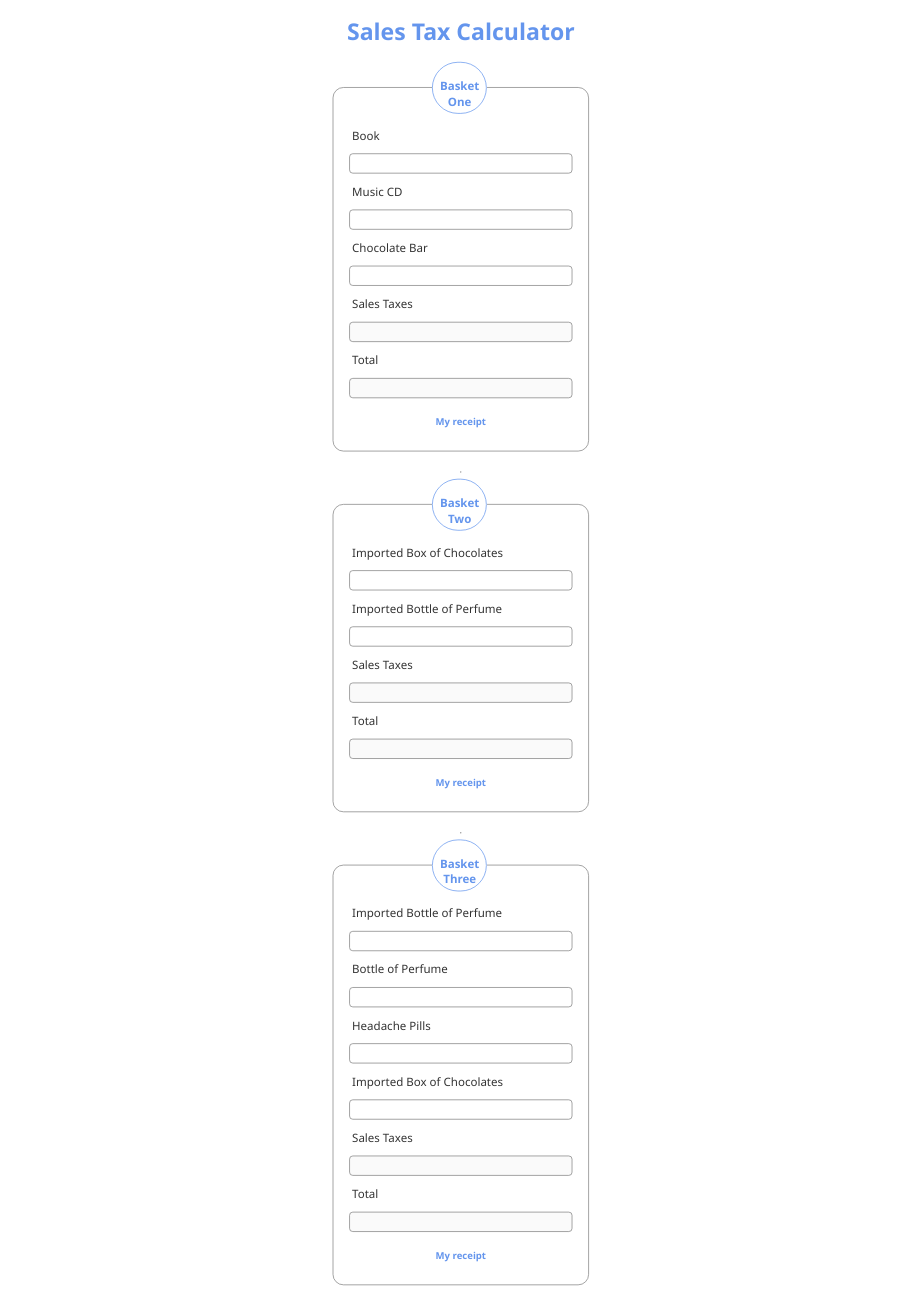
Repository: duzzisantos/sales-tax
Page: index.html
An editor plug-in stored every save of this project. The page is shown before and after the next save, followed by the edit.
The browser window is 1280 px wide. The pictures show the whole page, at 72% of full size.

Above is the page before, as saved 2022-05-25 22:35:53.

### index.html
<!DOCTYPE html>
<html lang="en">

<head>
    <meta charset="UTF-8">
    <meta http-equiv="X-UA-Compatible" content="IE=edge">
    <meta name="viewport" content="width=device-width, initial-scale=1.0">
    <link href="style.css" rel="stylesheet">
    <title>Sales Tax Calculator</title>
</head>

<body>
    <h1>Sales Tax Calculator</h1>
    <section id="container">
        <fieldset>
            <legend>
                <h4>Basket One</h4>
            </legend>
            <form class="formOne">
                <label for="book">Book</label>
                <input id="book" type="number" name="book" onchange="basketOne()" />
                <label for="musicCD">Music CD</label>
                <input id="musicCD" type="number" name="musicCD" onchange="basketOne()" />
                <label for="chocolateBar">Chocolate Bar</label>
                <input id="chocolateBar" type="number" name="chocolateBar" onchange="basketOne()" />
                <label for="sales-taxes">Sales Taxes</label>
                <input id="sales-taxes" type="number" name="sales-taxes" onchange="basketOne()" disabled />
                <label for="total">Total</label>
                <input id="total" type="number" name="total" onchange="basketOne()" disabled />
            </form>
            <h5>My receipt</h5>
            <span id="listOne">

            </>
        </fieldset>
        <hr>

        <fieldset>
            <legend>
                <h4>Basket Two</h4>
            </legend>
            <form class="formTwo">
                <label for="imported-box-chocolate">Imported Box of Chocolates</label>
                <input id="imported-box-chocolate" type="number" name="imported-box-chocolate" onchange="basketTwo()" />
                <label for="imported-perfume">Imported Bottle of Perfume</label>
                <input id="imported-perfume" type="number" name="imported-perfume" onchange="basketTwo()" />

                <label for="sales-taxes2">Sales Taxes</label>
                <input id="sales-taxes2" type="number" name="sales-taxes2" onchange="basketTwo()" disabled />
                <label for="total">Total</label>
                <input disabled id="total2" type="number" name="total2" onchange="basketTwo()" />
            </form>

            <h5>My receipt</h5>
            <span id="listTwo">

            </span>
        </fieldset>
        <hr>

        <fieldset>
            <legend>
                <h4>Basket Three</h4>
            </legend>
            <form class="formThree">
                <label for="imported-perfume2">Imported Bottle of Perfume</label>
                <input id="imported-perfume2" type="number" name="imported-perfume2" onchange="basketThree()" />
                <label for="bottle-perfume">Bottle of Perfume</label>
                <input id="bottle-perfume" type="number" name="bottle-perfume" onchange="basketThree()" />
                <label for="pills">Headache Pills</label>
                <input id="pills" type="number" name="pills" onchange="basketThree()" />
                <label for="imported-box-chocolate2">Imported Box of Chocolates</label>
                <input id="imported-box-chocolate2" type="number" name="imported-box-chocolate2"
                    onchange="basketThree()" />
                <label for=" sales-taxes3">Sales Taxes</label>
                <input id="sales-taxes3" type="number" name="sales-taxes3" onchange="basketThree()" disabled />
                <label for="total3">Total</label>
                <input disabled id="total3" type="number" name="total3" onchange="basketThree()" />
            </form>

            <h5>My receipt</h5>
            <span id="listThree">

            </span>
        </fieldset>
    </section>
</body>
<script src="first.js"></script>
<script src="second.js"></script>
<script src="third.js"></script>
<script src="index.js"></script>

</html>

### style.css
*{
    color: rgb(0,0,0,0.8);
    font-family: 'Segoe UI', Tahoma, Geneva, Verdana, sans-serif;
}

#container{
    display: flex;
    flex-direction: column;
    align-items: center;
    justify-content: center;
    bottom: 0;
}

fieldset{
    height: fit-content;
    width: 20%;
    border: 1px solid grey;
    border-radius: 15px;
    margin-bottom: 20px;
}

legend{
    height: 70px;
    width: 70px;
    border: 1px solid cornflowerblue;
    border-radius: 50px;
    margin-left: 38%;
}

legend h4, h5, h1{
    text-align: center;
    color: cornflowerblue;
}
label, input{
    display: block;
    margin: 10px;
    padding: 4px;
}

input{
    width: 300px;
    border-radius: 5px;
    border: 1px solid grey;
}

### first.js
//Variables for tax rate
let taxFree = 0;
let basicTax = 10;
let importDuty = 5;

//imported basic taxable items attract an extra non-negotiable tax rate of 5%, therefore 10% + 5% = 15%
let basicPlusImportDuty = basicTax + importDuty;

//An app that computes the first basket of goods
const basketOne = () => {
  let book = document.getElementById("book").value;
  let musicCD = document.getElementById("musicCD").value;
  let chocolateBar = document.getElementById("chocolateBar").value;

  // The plus sign is used in front of every variable to indicate to JavaScript that they are numerical values
  // Without this, they would become concatenated strings

  //these are the sums of the items and their taxes
  let bookPlusTax = +taxFree * +book + +book;
  let musicCDPlusTax = (basicTax * +musicCD) / 100 + +musicCD;
  let chocolateBarPlusTax = +taxFree * +chocolateBar + +chocolateBar;

  //this computes the total price paid by the customer
  let netPayment = +bookPlusTax + +musicCDPlusTax + +chocolateBarPlusTax;
  document.getElementById("total").value = netPayment.toFixed(2);

  //this computes the total sales tax generated
  let totalTaxes =
    bookPlusTax -
    book +
    (musicCDPlusTax - musicCD) +
    (chocolateBarPlusTax - chocolateBar);

  //Math.ceil and toFixed method helps us round up to the nearest 0.05
  let roundedTax = (
    Math.ceil(totalTaxes * 20) / 20
  ).toFixed(2);

  //Receipt list
  const listOne = document.getElementById("listOne");
  listOne.innerHTML = `<br>1 book: ${bookPlusTax}<br>1 music CD: ${musicCDPlusTax}<br>1
  chocolate bar: ${chocolateBarPlusTax}<br>Sales Tax: ${roundedTax}<br><b>Total: ${netPayment.toFixed(2)}</b><br>`;
};

### second.js
//Variables for tax rate
let basicTax2 = 10;
let importDuty2 = 5;

//imported basic taxable items attract an extra non-negotiable tax rate of 5%, therefore 10% + 5% = 15%
let basicPlusImportDuty2 = basicTax2 + importDuty2;

//An app that computes the second basket of goods
const basketTwo = () => {
  let importedChocolate = document.getElementById(
    "imported-box-chocolate"
  ).value;
  let importedPerfume2 = document.getElementById("imported-perfume").value;

  // The plus sign is used in front of every variable to indicate to JavaScript that they are numerical values
  // Without this, they would become concatenated strings

  //these are the sums of the imported items and their taxes
  let importedChocolatePlusTax =
    (importDuty2 * +importedChocolate) / 100 + +importedChocolate;
  let importedPerfume2PlusTax =
    (basicPlusImportDuty2 * +importedPerfume2) / 100 + +importedPerfume2;

  //Math.ceil and toFixed method helps us round up to the nearest 0.05
  //this computes the total price paid by the customer
  let netPayment = +importedChocolatePlusTax + +importedPerfume2PlusTax;
  document.getElementById("total2").value = (
    Math.ceil(netPayment * 20) / 20
  ).toFixed(2);

  //this computes the total sales tax generated
  let totalTaxes =
    (importDuty2 * +importedChocolate) / 100 +
    (basicPlusImportDuty2 * +importedPerfume2) / 100;
  document.getElementById("sales-taxes2").value = (
    Math.ceil(totalTaxes * 20) / 20
  ).toFixed(2);
};

### third.js
//Variables for tax rate
let taxFree3 = 0;
let basicTax3 = 10;
let importDuty3 = 5;
let basicPlusImportDuty3 = basicTax3 + importDuty3;


//App that computes the third basket of goods
const basketThree = () => {
    let importedPerfume2 = document.getElementById("imported-perfume2").value;
    let bottlePerfume = document.getElementById("bottle-perfume").value;
    let pills = document.getElementById("pills").value;
    let importedChocolate2 = document.getElementById("imported-box-chocolate2").value;


    //    // The plus sign is used in front of every variable to indicate to JavaScript that they are numerical values
     // Without this, they would become concatenated strings

    //these are the sums of the imported items and their taxes
    let importedPerfume2PlusTax = (basicPlusImportDuty3 * +importedPerfume2) / 100 + +importedPerfume2;
    let bottlePerfumePlusTax =
      (basicTax3 * +bottlePerfume) / 100 + +bottlePerfume;
    let pillsPlusTax = (taxFree3 * +pills) + +pills;
    let importedChocolate2PlusTax =
      (importDuty3 * +importedChocolate2) / 100 + +importedChocolate2;

    //Math.ceil and toFixed method helps us round up to the nearest 0.05
    //This computes the prices plus their taxes
    let netPayment =
      importedPerfume2PlusTax +
      bottlePerfumePlusTax +
      pillsPlusTax +
      importedChocolate2PlusTax;
    document.getElementById("total3").value = (Math.ceil(netPayment * 20) / 20).toFixed(2);

    //this computes the total taxes generated from selling basket three
    let totalTaxes =
      importedPerfume2PlusTax -
      importedPerfume2 +
      (bottlePerfumePlusTax - bottlePerfume) +
      (pillsPlusTax - pills) +
      (importedChocolate2PlusTax - importedChocolate2);

    document.getElementById("sales-taxes3").value = (
        Math.ceil(totalTaxes * 20) / 20
      ).toFixed(2);
  };

### index.js
//This is responsible for the DOM Manipulation
//This helps the user to display a simple receipt

After the next save:
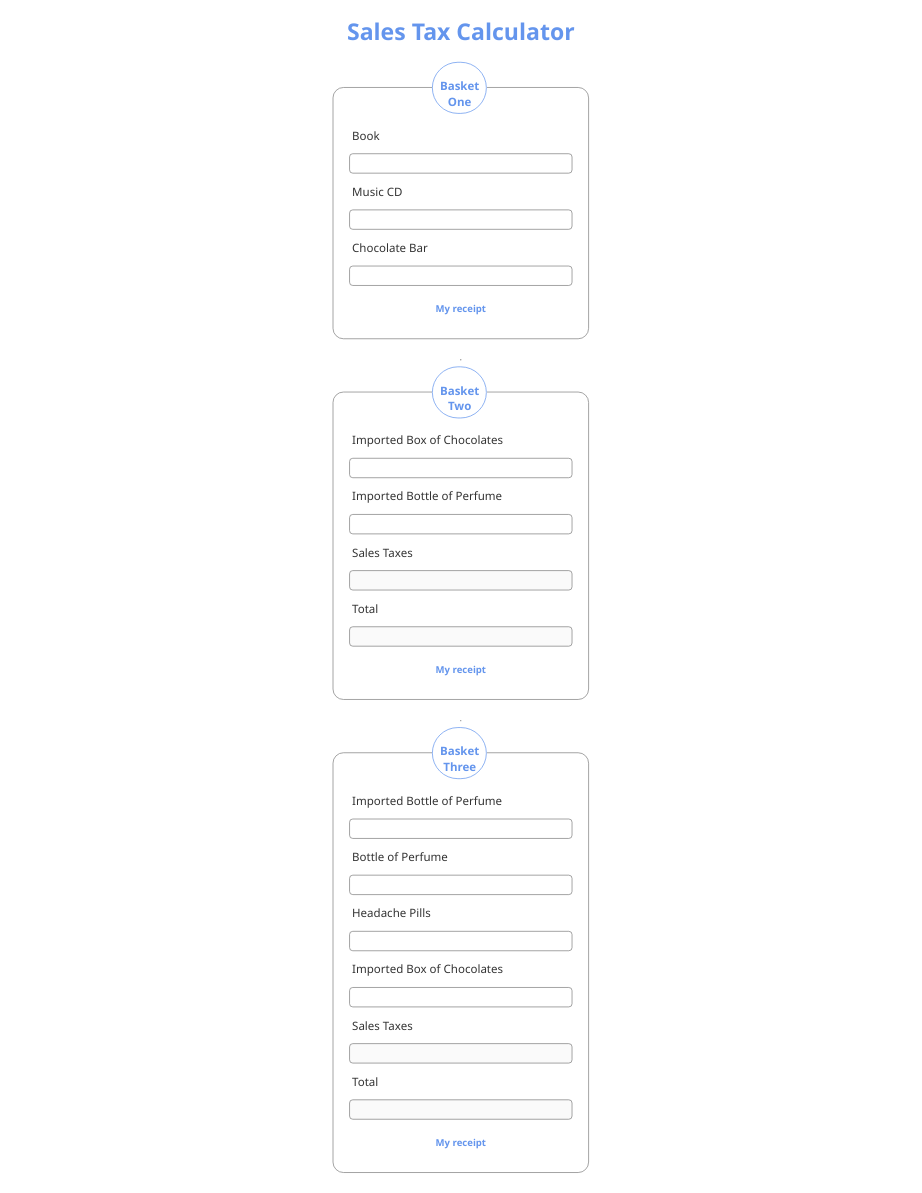
Saved 57 s later.
--- a/index.html
+++ b/index.html
@@ -23,15 +23,11 @@
                 <input id="musicCD" type="number" name="musicCD" onchange="basketOne()" />
                 <label for="chocolateBar">Chocolate Bar</label>
                 <input id="chocolateBar" type="number" name="chocolateBar" onchange="basketOne()" />
-                <label for="sales-taxes">Sales Taxes</label>
-                <input id="sales-taxes" type="number" name="sales-taxes" onchange="basketOne()" disabled />
-                <label for="total">Total</label>
-                <input id="total" type="number" name="total" onchange="basketOne()" disabled />
             </form>
             <h5>My receipt</h5>
             <span id="listOne">
 
-            </>
+                </>
         </fieldset>
         <hr>
 
@@ -39,17 +35,17 @@
             <legend>
                 <h4>Basket Two</h4>
             </legend>
-            <form class="formTwo">
-                <label for="imported-box-chocolate">Imported Box of Chocolates</label>
-                <input id="imported-box-chocolate" type="number" name="imported-box-chocolate" onchange="basketTwo()" />
-                <label for="imported-perfume">Imported Bottle of Perfume</label>
-                <input id="imported-perfume" type="number" name="imported-perfume" onchange="basketTwo()" />
 
-                <label for="sales-taxes2">Sales Taxes</label>
-                <input id="sales-taxes2" type="number" name="sales-taxes2" onchange="basketTwo()" disabled />
-                <label for="total">Total</label>
-                <input disabled id="total2" type="number" name="total2" onchange="basketTwo()" />
-            </form>
+            <label for="imported-box-chocolate">Imported Box of Chocolates</label>
+            <input id="imported-box-chocolate" type="number" name="imported-box-chocolate" onchange="basketTwo()" />
+            <label for="imported-perfume">Imported Bottle of Perfume</label>
+            <input id="imported-perfume" type="number" name="imported-perfume" onchange="basketTwo()" />
+
+            <label for="sales-taxes2">Sales Taxes</label>
+            <input id="sales-taxes2" type="number" name="sales-taxes2" onchange="basketTwo()" disabled />
+            <label for="total">Total</label>
+            <input disabled id="total2" type="number" name="total2" onchange="basketTwo()" />
+
 
             <h5>My receipt</h5>
             <span id="listTwo">
@@ -62,21 +58,20 @@
             <legend>
                 <h4>Basket Three</h4>
             </legend>
-            <form class="formThree">
-                <label for="imported-perfume2">Imported Bottle of Perfume</label>
-                <input id="imported-perfume2" type="number" name="imported-perfume2" onchange="basketThree()" />
-                <label for="bottle-perfume">Bottle of Perfume</label>
-                <input id="bottle-perfume" type="number" name="bottle-perfume" onchange="basketThree()" />
-                <label for="pills">Headache Pills</label>
-                <input id="pills" type="number" name="pills" onchange="basketThree()" />
-                <label for="imported-box-chocolate2">Imported Box of Chocolates</label>
-                <input id="imported-box-chocolate2" type="number" name="imported-box-chocolate2"
-                    onchange="basketThree()" />
-                <label for=" sales-taxes3">Sales Taxes</label>
-                <input id="sales-taxes3" type="number" name="sales-taxes3" onchange="basketThree()" disabled />
-                <label for="total3">Total</label>
-                <input disabled id="total3" type="number" name="total3" onchange="basketThree()" />
-            </form>
+
+            <label for="imported-perfume2">Imported Bottle of Perfume</label>
+            <input id="imported-perfume2" type="number" name="imported-perfume2" onchange="basketThree()" />
+            <label for="bottle-perfume">Bottle of Perfume</label>
+            <input id="bottle-perfume" type="number" name="bottle-perfume" onchange="basketThree()" />
+            <label for="pills">Headache Pills</label>
+            <input id="pills" type="number" name="pills" onchange="basketThree()" />
+            <label for="imported-box-chocolate2">Imported Box of Chocolates</label>
+            <input id="imported-box-chocolate2" type="number" name="imported-box-chocolate2" onchange="basketThree()" />
+            <label for=" sales-taxes3">Sales Taxes</label>
+            <input id="sales-taxes3" type="number" name="sales-taxes3" onchange="basketThree()" disabled />
+            <label for="total3">Total</label>
+            <input disabled id="total3" type="number" name="total3" onchange="basketThree()" />
+
 
             <h5>My receipt</h5>
             <span id="listThree">
